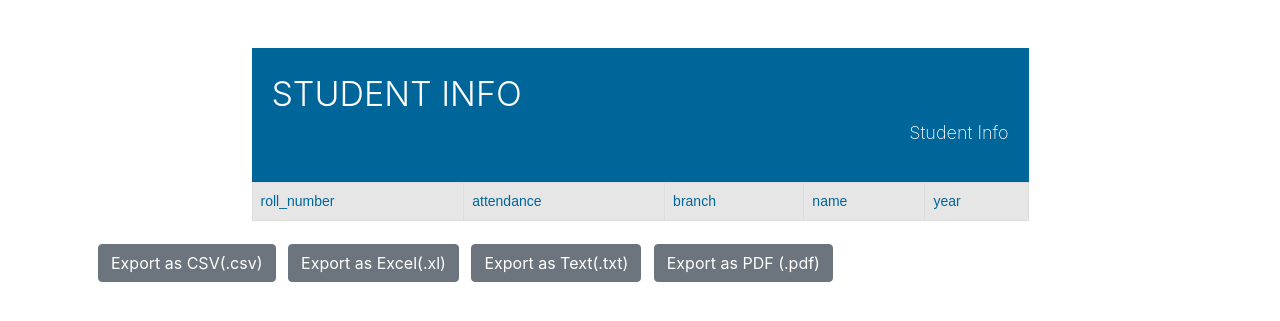
Repository: supranshu/CrystalReportGenerator
Page: http://localhost/produce_report
The author's editor kept a copy of each file at every save. The page is drawn from the files as they stood at one save, then again after the next save.
The browser window is 1280 px wide. The pictures show the whole page.
The page is this project's Thymeleaf template; nobody is signed in. The template is opened directly, without the code that normally fills it, so the values that code supplies are empty.

Above is the page before, as saved 2023-08-07 13:02:40.

### com.report/src/main/resources/templates/produce_report.html
<!DOCTYPE html>
<html xmlns:th="http://www.thymeleaf.org">
<head>
    <meta charset="UTF-8">
    <title>Produce Report</title>
    <link rel="stylesheet" href="https://maxcdn.bootstrapcdn.com/bootstrap/4.5.2/css/bootstrap.min.css">
    <style>
        /* Apply CSS styles here to mimic the appearance of the JRXML table */
        /* You can use inline styles or link to an external CSS file */
        /* Example styles to get you started */
        table {
            border-collapse: collapse;
            font-family: "Arial", sans-serif;
            width: 70%;
	        margin: 0 auto; /* Center the table horizontally */
        }

        th, td {
            padding: 8px;
            text-align: left;
            border: 1px solid #ddd;
        }
        th {
            font-size: 14px;
            font-weight: 100;
            background-color: #E6E6E6;
            color: #006699;

        }

        td {
            font-size: 14px;
            font-weight: 500;
        }

        .page-header {
            background-color: #006699;
            color: #FFFFFF;
            text-align: left;
            font-size: 34px;
            font-weight: 300;
            padding: 20px;
            width: 70%;
	        margin: 0 auto;
        }
        .page-header p{
        	text-align: right;
        	font-size: 18px;
        	font-weight: 150;

        }
    </style>

</head>

<body>
    <div class="container mt-5">
	        <div class="page-header">
		        STUDENT INFO
		        <p>Student Info</p>
		    </div>

			    <table>
			        <thead>
			            <tr>
			                <th>roll_number</th>
			                <th>attendance</th>
			                <th>branch</th>
			                <th>name</th>
			                <th>year</th>
			            </tr>
			        </thead>
			        <tbody>
			            <!-- Loop through students and generate table rows -->
			            <tr th:each="student : ${students}">
			                <td th:text="${student.rollNumber}">Roll Number</td>
			                <td th:text="${student.attendance}">Attendance</td>
			                <td th:text="${student.branch}">Branch</td>
			                <td th:text="${student.name}">Name</td>
			                <td th:text="${student.year}">Year</td>
			            </tr>
			        </tbody>
			    </table>









        <div class="mt-3 btn">
            <a class="btn btn-secondary mr-2" th:href="@{/export/csv(year=${year}, branch=${branch})}" target="_blank">Export as CSV(.csv)</a>
            <a class="btn btn-secondary mr-2" th:href="@{/export/excel(year=${year}, branch=${branch})}" target="_blank">Export as Excel(.xl)</a>
            <a class="btn btn-secondary mr-2" th:href="@{/export/notepad(year=${year}, branch=${branch})}" target="_blank">Export as Text(.txt)</a>
            <a class="btn btn-secondary" th:href="@{/export/pdf(year=${year}, branch=${branch})}" target="_blank">Export as PDF (.pdf)</a>
        </div>
    </div>


</body>
</html>

After the next save:
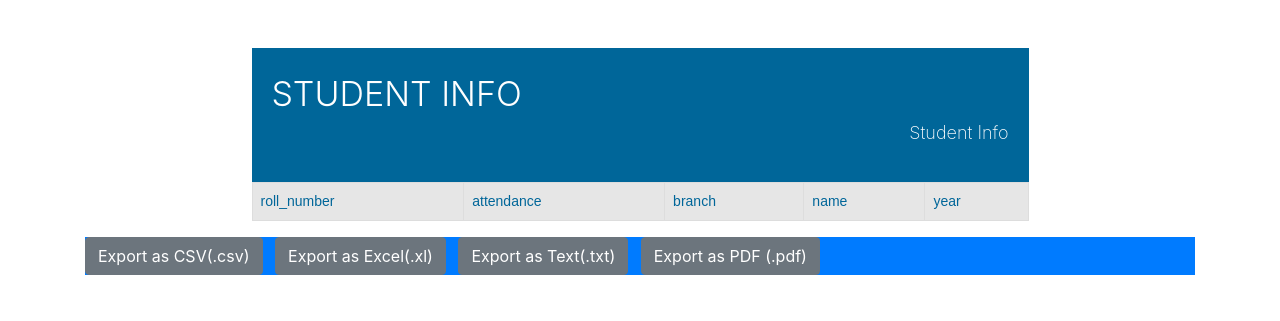
Saved 5 s later.
--- a/com.report/src/main/resources/templates/produce_report.html
+++ b/com.report/src/main/resources/templates/produce_report.html
@@ -90,7 +90,7 @@
 
 
 
-        <div class="mt-3 btn">
+        <div class="mt-3 btn-primary">
             <a class="btn btn-secondary mr-2" th:href="@{/export/csv(year=${year}, branch=${branch})}" target="_blank">Export as CSV(.csv)</a>
             <a class="btn btn-secondary mr-2" th:href="@{/export/excel(year=${year}, branch=${branch})}" target="_blank">Export as Excel(.xl)</a>
             <a class="btn btn-secondary mr-2" th:href="@{/export/notepad(year=${year}, branch=${branch})}" target="_blank">Export as Text(.txt)</a>
